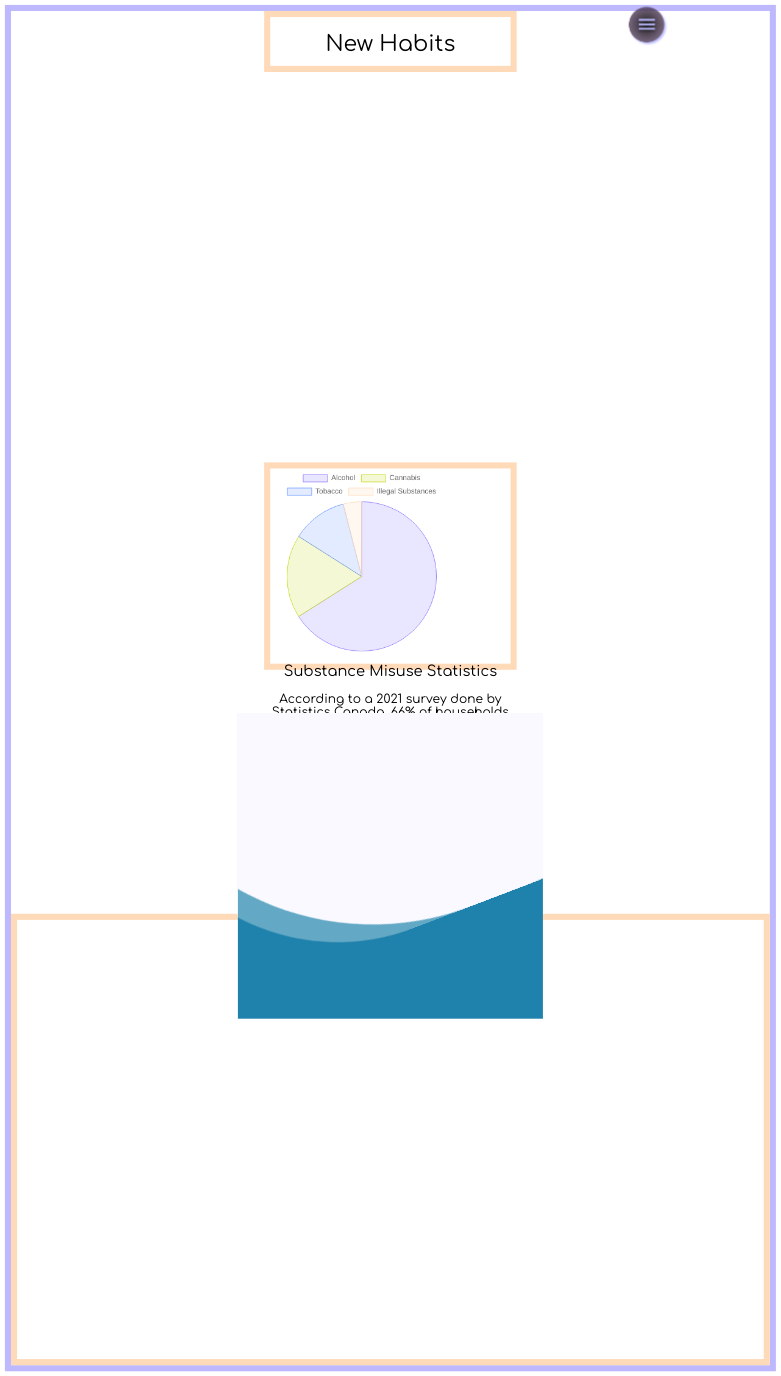
Repository: olivia-sk/MDIA-2109-2106-Big-Project
Page: /statistics3/statistics
The author's editor kept a copy of each file at every save. The page is drawn from the files as they stood at one save, then again after the next save.
The browser window is 1280 px wide. The pictures show the whole page, at 61% of full size.
The project was rebuilt for these pictures with package versions that can differ from the ones it lists, and the page was loaded fresh each time. The framework's server and built-in components were replaced by stand-ins that run in the browser. Also part of the build but not shown: next.config.js, styles/globals.css, components/Button/Button.module.css, components/Button/index.js.

Above is the page before, as saved 2023-04-15 15:25:55.

### pages/statistics3/statistics.js
import Head from "next/head";
import Image from "next/image";
import styles from "@/styles/Statistics.module.css";
import Pie from "@/components/PieChart";
import Link from "next/link";
import Navigation from "@/components/Menu";
import Button from "@/components/Button";
import WaterWave from "@/components/WaterWave";


export default function Statistics() {
  return (
    <>
      <Head>
        <title>New Habits Web App</title>
        <meta name="description" content="To identify and help those who suffer from Substance Misuse" />
        <meta name="viewport" content="width=device-width, initial-scale=1" />
        <link rel="icon" href="/favicon.ico" />
      </Head>
      <main className={styles.parent}>
          <div class={styles.div3}>
          <h1 className={styles.title}>New Habits</h1>
          </div>
          <Navigation/>
          <div className={styles.div1}>
            <Pie/>
            <h2>Substance Misuse Statistics</h2>
            <p>According to a 2021 survey done by Statistics Canada, 66% of households claim to use Alcohol. It is believed 50% of those users may develop Substance Misuse Disorder (SUD)</p>
          </div>
          <div class={styles.div2}>
            <WaterWave className={styles.wave} />
          </div>
      </main>
    </>
  )
}

### styles/Statistics.module.css

.parent {
  display: grid;
  grid-template-columns: repeat(3, 1fr);
  grid-template-rows: repeat(3, 1fr);
  grid-column-gap: 0px;
  grid-row-gap: 0px;
  border: solid 10px rgb(190, 185, 255);
}

.div3 {
  grid-area:  1 / 2 / 2 / 3;
  height: 5rem;
  border: solid 10px rgba(255, 218, 185, 1);
}
.title {

  color: black;
  font-family: 'Comfortaa';
  font-style: normal;
  font-weight: 400;
  font-size: 36px;
  line-height: 40px;
  text-align: center;
}
.div1 {
  grid-area: 2 / 2 / 3 / 3;
  height: 20rem;
  border: solid 10px rgba(255, 218, 185, 1);
}
.div1 h2 {
  font-family: 'Comfortaa';
  font-style: normal;
  font-weight: 500;
  font-size: 24px;
  line-height: 27px;
  text-align: center;
  color: black;

}
.div1 p {
  font-family: 'Comfortaa';
  font-style: normal;
  font-weight: 400;
  font-size: 20px;
  line-height: 22px;
  text-align: center;
  color: black;
}
.div2 {
  grid-area: 3 / 1 / 4 / 4;
  border: solid 10px rgba(255, 218, 185, 1);
}

### components/PieChart/index.js
import React from 'react';
import { Chart as ChartJS, ArcElement, Tooltip, Legend } from 'chart.js';
import { Pie } from 'react-chartjs-2';
import styles from '@/components/PieChart/PieChart.module.css'

ChartJS.register(ArcElement, Tooltip, Legend);

export const data = {
  labels: ['Alcohol', 'Cannabis', 'Tobacco', 'Illegal Substances'],
  datasets: [
    {
      label: '% of Household Users',
      data: [66, 18, 12, 4,],
      backgroundColor: [
        'rgba(147, 129, 255, 0.2)',
        'rgba(202, 219, 42, 0.2)',
        'rgba(111, 154, 255, 0.2)',
        'rgba(255, 218, 185, 0.2)',
      ],
      borderColor: [
        'rgba(147, 129, 255, 1)',
        'rgba(202, 219, 42, 1)',
        'rgba(111, 154, 255, 1)',
        'rgba(255, 218, 185, 1)',
      ],
      borderWidth: 1,
    },
  ],
};

export default function App() {
  return (
    <div className={styles.pie}>
        <Pie data={data} />
    </div>
  )
}

### components/Menu/index.js
import React, { useRef } from 'react'
import styles from './Menu.module.css'
import Image from 'next/image'
import Link from 'next/link'

export default function Navigation() {
  const hamburgerRef = useRef();
  const navigationRef = useRef();

  const handleClickOutside = (event) => {
    const isClickInside =
      navigationRef.current.contains(event.target) ||
      hamburgerRef.current.contains(event.target);
    if (!isClickInside) {
      navigationRef.current.classList.remove(styles.active);
      hamburgerRef.current.classList.remove(styles.hidden);
    }
  };

  const handleHamburgerClick = () => {
    navigationRef.current.classList.add(styles.active);
    hamburgerRef.current.classList.add(styles.hidden);
  };

  React.useEffect(() => {
    document.addEventListener("click", handleClickOutside);

    return () => {
      document.removeEventListener("click", handleClickOutside);
    };
  }, []);

  return (
    <>
      <div className={styles.navigation} ref={navigationRef}>
        <button
          className={`${styles.hamburger} ${styles.bar}`}
          onClick={handleHamburgerClick}
          ref={hamburgerRef}
        >
          <Image src="/Menu/burger.png" width={65} height={65} alt='burger menu'/>
        </button>
        <nav>
          <h1 className={styles.menutitle}>Menu</h1>
          <ul>
            <li>
              <Link href="/">Home</Link>
            </li>
            <li>
              <Link href="/get_started5/get_started">Quiz</Link>
            </li>
            <li>
              <Link href="/disclaimer11/disclaimer">Disclaimer</Link>
            </li>
            <li>
              <Link href="/resources13/resources">Resources</Link>
            </li>
          </ul>
        </nav>
      </div>
    </>
  );
}

### components/WaterWave/index.js
import styles from './Wave.module.css'

export default function WaterWave() {
  return (
    <>
        <div className={styles.container}>
            <div className={styles.water_wave}></div>
        </div>
    </>
  )
}

### components/PieChart/PieChart.module.css
.pie {
    width: 300px;
    height: 300px;
}

### components/Menu/Menu.module.css
@import url('https://fonts.googleapis.com/css2?family=Montserrat:wght@400;500;600;700&display=swap');

.navigation {
  position: fixed;
  top: 0;
  right: -500px;
  width: 280px;
  height: 100%;
  background-image: url("/Menu/background.png");
  background-size: cover;
  transition: 0.5s;
  border-radius: 27px 0 0 27px;
  z-index: 3;
}

.menutitle {
  font-family: 'Montserrat', sans-serif;
  font-style: normal;
  font-weight: 400;
  font-size: 24px;
  display: flex;
  align-items: left;
  color: rgba(255, 255, 255, 0.50);
  margin: 1.5rem;
}

.navigation ul li {
  display: flex;
  color: rgba(255, 255, 255, 0.5);
  line-height: 20px;
  text-align: left;
  font-weight: 500;
  list-style-type: none;
  font-size: 14px;
  padding: 20px 30px;
  border-bottom: 0px 64px 64px -32px rgba(41, 15, 0, 100);
  transition: all 0.3s ease;
}

.navigation ul li:hover {
  padding: 16px 20px;
  background-image: url("/Menu/hover.png");
  background-size: cover;
  border-radius: 12px;
  cursor: pointer;
}

.hamburger,
.bar {
  position: fixed;
}

.hamburger {
  display: flex;
  top: 6%;
  left: 80%;
  transform: translateY(-50%);
  border: 0;
  background: 0 0;
  margin-right: 10rem;
  z-index: 3;

}

.hamburger.hidden {
  display: none;
}

.navigation.active {
  right: 0;
  z-index: 3;
}

### components/WaterWave/Wave.module.css
.container {
    display: flex;
    align-items: center;
    justify-content: center;
    min-height: 100vh;
    background-color: tra;
}

.water_wave{
    width: 500px;
    height: 500px;
    background:#1f82ac;
    box-shadow: insert 0 0 20px 0 rgba(0,0,0,0.8);
    position: relative;
    overflow: hidden;
    bottom: 28rem;
}

.water_wave:after,
.water_wave:before {
    content: "";
    position: absolute;
    width: 200%;
    height: 200%;
    top: -50%;
    left: 50%;
    background:#f9f9ff;
}

.water_wave:after{
    border-radius:45%;
    animation: water_wave 5s linear infinite;
}

.water_wave:before{
    border-radius: 35%;
    background: rgba(255,255,255,0.3);
    animation: water_wave 5s linear infinite;
}
@keyframes water_wave{
    0%{
        transform: translate(-50%,-50%) rotate(0deg);
        top: -30%;
    }
    50%{
        transform: translate(-50%,-50%) rotate(180deg);
        top: -40%;
    }
    100%{
        transform: translate(-50%,-50%) rotate(360deg);
        top: -30%;
    }




}

Loaded but not shown: pages/_app.js (common file); pages/_document.js (common file)

After the next save:
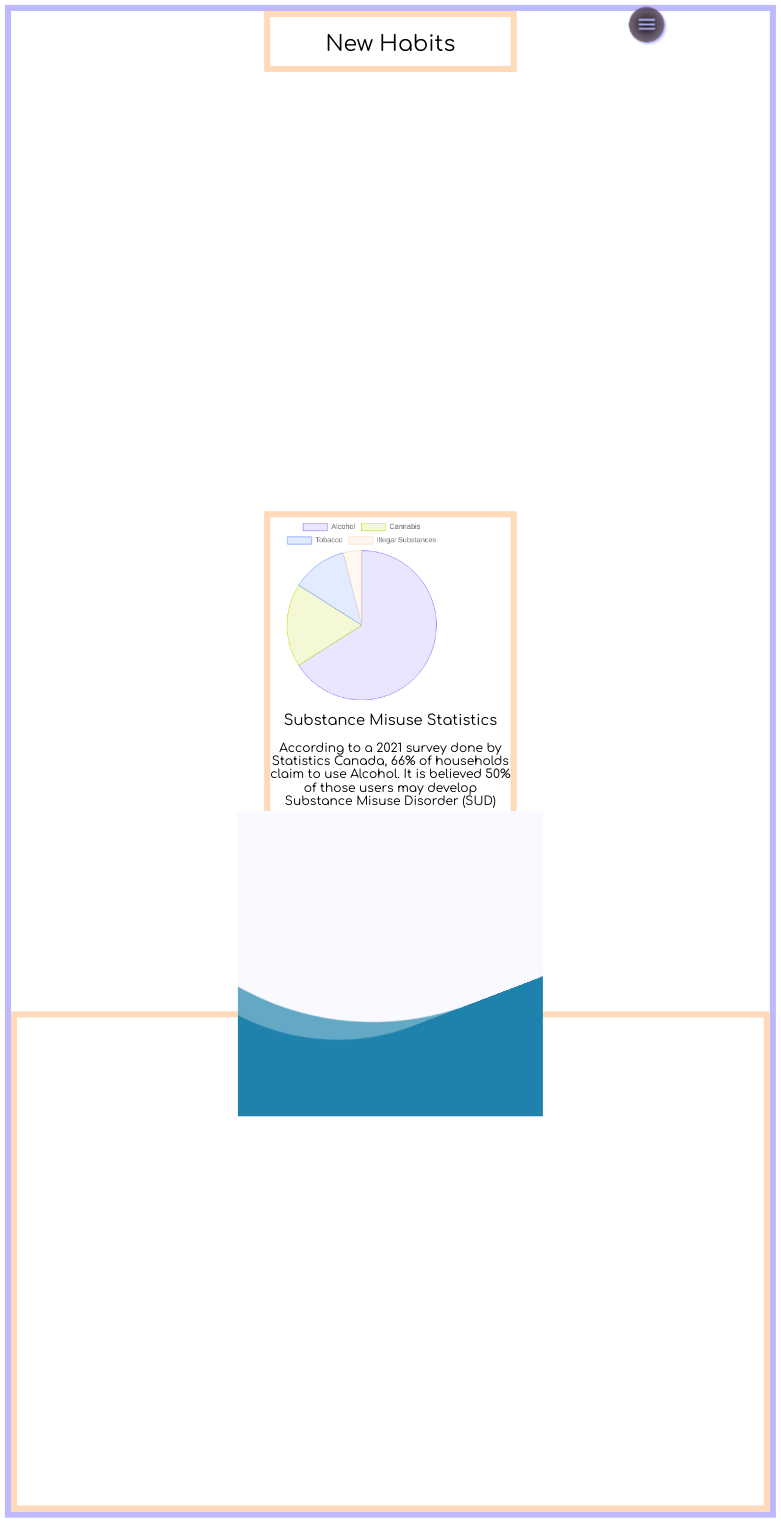
Saved 4 s later.
--- a/styles/Statistics.module.css
+++ b/styles/Statistics.module.css
@@ -25,7 +25,7 @@
 }
 .div1 {
   grid-area: 2 / 2 / 3 / 3;
-  height: 20rem;
+  height: 50rem;
   border: solid 10px rgba(255, 218, 185, 1);
 }
 .div1 h2 {

After the save that followed:
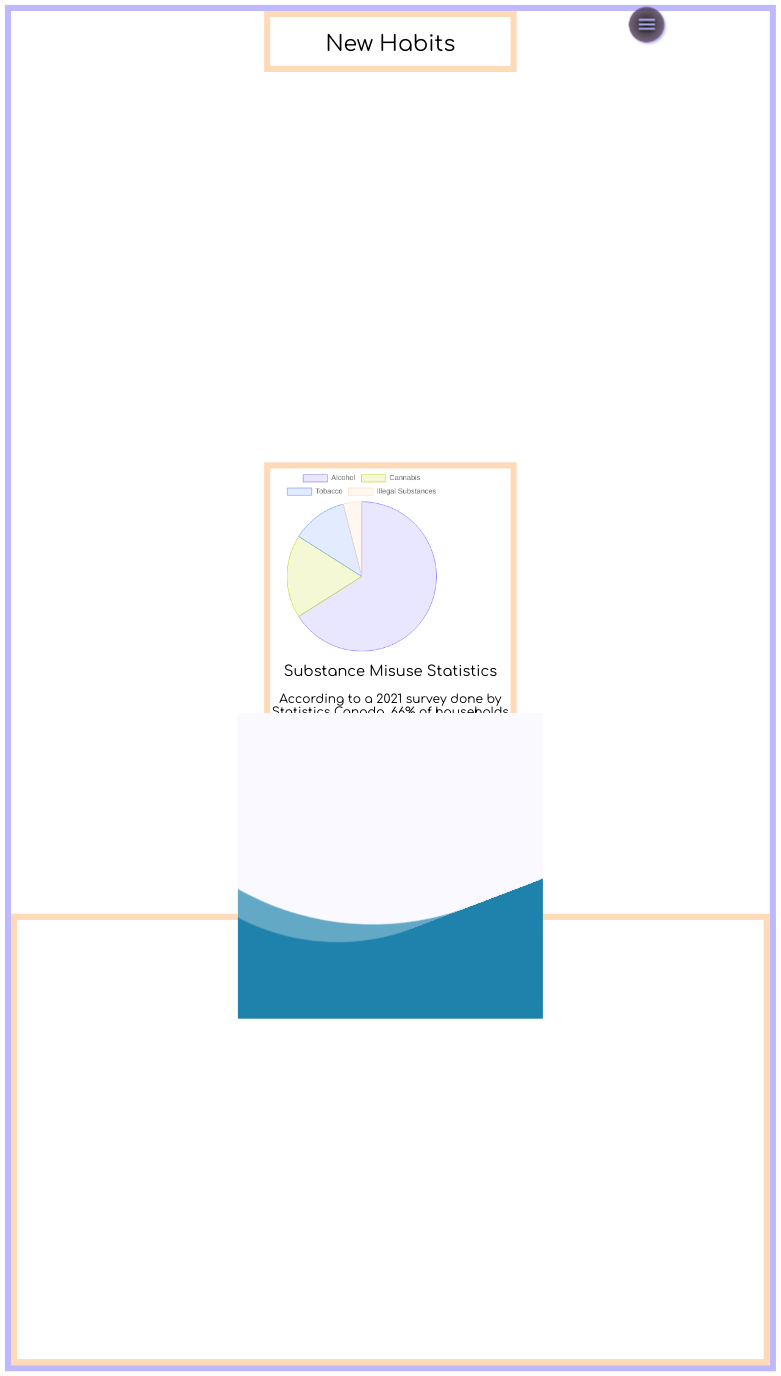
Saved 5 s later.
--- a/styles/Statistics.module.css
+++ b/styles/Statistics.module.css
@@ -25,7 +25,7 @@
 }
 .div1 {
   grid-area: 2 / 2 / 3 / 3;
-  height: 50rem;
+  height: 40rem;
   border: solid 10px rgba(255, 218, 185, 1);
 }
 .div1 h2 {
